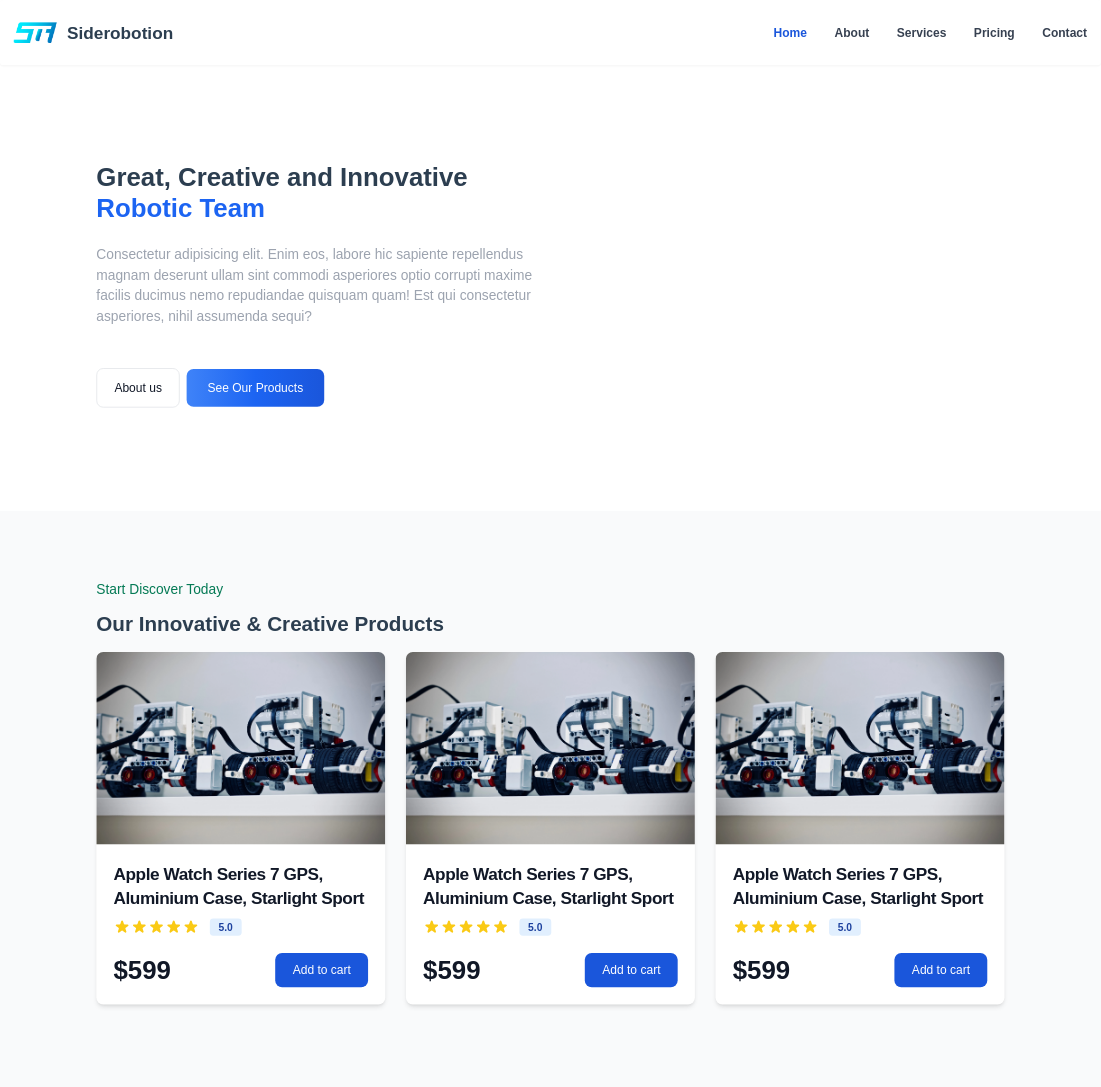
Repository: khulqu15/siderobotion
Page: /
The author's editor kept a copy of each file at every save. The page is drawn from the files as they stood at one save, then again after the next save.
The browser window is 1280 px wide. The pictures show the whole page, at 86% of full size.
The project was rebuilt for these pictures with package versions that can differ from the ones it lists, and the page was loaded fresh each time. Also part of the build but not shown: vue.config.js.

Above is the page before, as saved 2022-06-12 02:33:43.

### src/main.js
import { createApp } from 'vue'
import App from './App.vue'
import './registerServiceWorker'
import router from './router'
import store from './store'
import 'flowbite'
import './index.css'

createApp(App)
  .use(store)
  .use(router)
  .mount('#app')

### src/index.css
@tailwind base;
@tailwind components;
@tailwind utilities;
@import url('https://fonts.googleapis.com/css2?family=Poppins:ital,wght@0,100;0,200;0,300;0,400;0,500;0,600;0,700;0,800;0,900;1,100;1,200;1,300;1,400;1,500;1,600;1,700;1,800;1,900&display=swap');

* {
  font-family: 'Poppins', sans-serif !important;
}

### src/views/HomeView.vue
<template>

  <web-layout>
    <div class="p-28 grid grid-cols-2 gap-4">
      <div class="text-start">
        <h1 class="text-3xl font-semibold">Great, Creative and Innovative <span class="text-blue-600">Robotic Team</span> </h1>
        <p class="text-gray-400 mt-6 mb-12">Consectetur adipisicing elit. Enim eos, labore hic sapiente repellendus magnam deserunt ullam sint commodi asperiores optio corrupti maxime facilis ducimus nemo repudiandae quisquam quam! Est qui consectetur asperiores, nihil assumenda sequi?</p>
        <button type="button" class="py-3 px-5 mr-2 mb-2 text-sm font-medium text-gray-900 focus:outline-none bg-white rounded-lg border border-gray-200 hover:bg-gray-100 hover:text-blue-700 focus:z-10 focus:ring-4 focus:ring-gray-200">About us</button>
        <button type="button" class="text-white bg-gradient-to-r from-blue-500 via-blue-600 to-blue-700 hover:bg-gradient-to-br focus:ring-4 focus:outline-none focus:ring-blue-300 dark:focus:ring-blue-800 font-medium rounded-lg text-sm px-6 py-3 text-center mr-2 mb-2">See Our Products</button>
      </div>
    </div>

    <div class="px-28 py-20 bg-gray-50">
      <div class="text-start">
        <p class="mb-3 text-green-600">Start Discover Today</p>
        <h1 class="text-2xl font-semibold">Our Innovative & Creative Products</h1>
      </div>
      <div class="py-4 text-start grid grid-cols-3 gap-6">
        <div v-for="(item, index) in 3" :key="index">
          <div class="max-w-sm bg-white rounded-lg shadow-md dark:bg-gray-800 dark:border-gray-700">
            <a href="#">
              <img class="rounded-t-lg" :src="require('@/assets/images/product.webp')" alt="product image" />
            </a>
            <div class="p-5">
              <a href="#">
                <h5 class="text-xl font-semibold tracking-tight text-gray-900 dark:text-white">Apple Watch Series 7 GPS, Aluminium Case, Starlight Sport</h5>
              </a>
              <div class="flex items-center mt-2.5 mb-5">
                <svg class="w-5 h-5 text-yellow-300" fill="currentColor" viewBox="0 0 20 20" xmlns="http://www.w3.org/2000/svg"><path d="M9.049 2.927c.3-.921 1.603-.921 1.902 0l1.07 3.292a1 1 0 00.95.69h3.462c.969 0 1.371 1.24.588 1.81l-2.8 2.034a1 1 0 00-.364 1.118l1.07 3.292c.3.921-.755 1.688-1.54 1.118l-2.8-2.034a1 1 0 00-1.175 0l-2.8 2.034c-.784.57-1.838-.197-1.539-1.118l1.07-3.292a1 1 0 00-.364-1.118L2.98 8.72c-.783-.57-.38-1.81.588-1.81h3.461a1 1 0 00.951-.69l1.07-3.292z"></path></svg>
                <svg class="w-5 h-5 text-yellow-300" fill="currentColor" viewBox="0 0 20 20" xmlns="http://www.w3.org/2000/svg"><path d="M9.049 2.927c.3-.921 1.603-.921 1.902 0l1.07 3.292a1 1 0 00.95.69h3.462c.969 0 1.371 1.24.588 1.81l-2.8 2.034a1 1 0 00-.364 1.118l1.07 3.292c.3.921-.755 1.688-1.54 1.118l-2.8-2.034a1 1 0 00-1.175 0l-2.8 2.034c-.784.57-1.838-.197-1.539-1.118l1.07-3.292a1 1 0 00-.364-1.118L2.98 8.72c-.783-.57-.38-1.81.588-1.81h3.461a1 1 0 00.951-.69l1.07-3.292z"></path></svg>
                <svg class="w-5 h-5 text-yellow-300" fill="currentColor" viewBox="0 0 20 20" xmlns="http://www.w3.org/2000/svg"><path d="M9.049 2.927c.3-.921 1.603-.921 1.902 0l1.07 3.292a1 1 0 00.95.69h3.462c.969 0 1.371 1.24.588 1.81l-2.8 2.034a1 1 0 00-.364 1.118l1.07 3.292c.3.921-.755 1.688-1.54 1.118l-2.8-2.034a1 1 0 00-1.175 0l-2.8 2.034c-.784.57-1.838-.197-1.539-1.118l1.07-3.292a1 1 0 00-.364-1.118L2.98 8.72c-.783-.57-.38-1.81.588-1.81h3.461a1 1 0 00.951-.69l1.07-3.292z"></path></svg>
                <svg class="w-5 h-5 text-yellow-300" fill="currentColor" viewBox="0 0 20 20" xmlns="http://www.w3.org/2000/svg"><path d="M9.049 2.927c.3-.921 1.603-.921 1.902 0l1.07 3.292a1 1 0 00.95.69h3.462c.969 0 1.371 1.24.588 1.81l-2.8 2.034a1 1 0 00-.364 1.118l1.07 3.292c.3.921-.755 1.688-1.54 1.118l-2.8-2.034a1 1 0 00-1.175 0l-2.8 2.034c-.784.57-1.838-.197-1.539-1.118l1.07-3.292a1 1 0 00-.364-1.118L2.98 8.72c-.783-.57-.38-1.81.588-1.81h3.461a1 1 0 00.951-.69l1.07-3.292z"></path></svg>
                <svg class="w-5 h-5 text-yellow-300" fill="currentColor" viewBox="0 0 20 20" xmlns="http://www.w3.org/2000/svg"><path d="M9.049 2.927c.3-.921 1.603-.921 1.902 0l1.07 3.292a1 1 0 00.95.69h3.462c.969 0 1.371 1.24.588 1.81l-2.8 2.034a1 1 0 00-.364 1.118l1.07 3.292c.3.921-.755 1.688-1.54 1.118l-2.8-2.034a1 1 0 00-1.175 0l-2.8 2.034c-.784.57-1.838-.197-1.539-1.118l1.07-3.292a1 1 0 00-.364-1.118L2.98 8.72c-.783-.57-.38-1.81.588-1.81h3.461a1 1 0 00.951-.69l1.07-3.292z"></path></svg>
                <span class="bg-blue-100 text-blue-800 text-xs font-semibold mr-2 px-2.5 py-0.5 rounded dark:bg-blue-200 dark:text-blue-800 ml-3">5.0</span>
              </div>
              <div class="flex justify-between items-center">
                <span class="text-3xl font-bold text-gray-900 dark:text-white">$599</span>
                <a href="#" class="text-white bg-blue-700 hover:bg-blue-800 focus:ring-4 focus:outline-none focus:ring-blue-300 font-medium rounded-lg text-sm px-5 py-2.5 text-center dark:bg-blue-600 dark:hover:bg-blue-700 dark:focus:ring-blue-800">Add to cart</a>
              </div>
            </div>
          </div>
        </div>
      </div>
    </div>
  </web-layout>

</template>

<script>
import WebLayout from '@/layouts/WebLayout.vue'
export default {
  name: 'HomeView',
  components: {
    WebLayout
  }
}
</script>

### src/layouts/WebLayout.vue
<template>
  <div id="app-web">
    <div id="nav">
      <navigation-header/>
    </div>
    <div id="body-content">
      <slot id="content"></slot>
    </div>
  </div>
</template>

<script>
import NavigationHeader from '@/components/NavigationHeader.vue'
export default {
  components: {
    NavigationHeader
  }
}
</script>

### src/components/NavigationHeader.vue
<template>
  <div>
    <nav class="bg-white border-gray-200 px-2 sm:px-4 py-6 shadow-sm rounded dark:bg-gray-800">
      <div class="container flex flex-wrap justify-between items-center mx-auto">
        <a href="/" class="flex items-center">
          <img :src="require('@/assets/logo.webp')" class="mr-3 h-4 sm:h-6" alt="Siderobotion Logo">
          <span class="self-center text-xl font-semibold whitespace-nowrap dark:text-white">Siderobotion</span>
        </a>
        <button data-collapse-toggle="mobile-menu" type="button" class="inline-flex items-center p-2 ml-3 text-sm text-gray-500 rounded-lg md:hidden hover:bg-gray-100 focus:outline-none focus:ring-2 focus:ring-gray-200 dark:text-gray-400 dark:hover:bg-gray-700 dark:focus:ring-gray-600" aria-controls="mobile-menu" aria-expanded="false">
          <span class="sr-only">Open main menu</span>
          <svg class="w-6 h-6" fill="currentColor" viewBox="0 0 20 20" xmlns="http://www.w3.org/2000/svg"><path fill-rule="evenodd" d="M3 5a1 1 0 011-1h12a1 1 0 110 2H4a1 1 0 01-1-1zM3 10a1 1 0 011-1h12a1 1 0 110 2H4a1 1 0 01-1-1zM3 15a1 1 0 011-1h12a1 1 0 110 2H4a1 1 0 01-1-1z" clip-rule="evenodd"></path></svg>
          <svg class="hidden w-6 h-6" fill="currentColor" viewBox="0 0 20 20" xmlns="http://www.w3.org/2000/svg"><path fill-rule="evenodd" d="M4.293 4.293a1 1 0 011.414 0L10 8.586l4.293-4.293a1 1 0 111.414 1.414L11.414 10l4.293 4.293a1 1 0 01-1.414 1.414L10 11.414l-4.293 4.293a1 1 0 01-1.414-1.414L8.586 10 4.293 5.707a1 1 0 010-1.414z" clip-rule="evenodd"></path></svg>
        </button>
        <div class="hidden w-full md:block md:w-auto" id="mobile-menu">
          <ul class="flex flex-col mt-4 md:flex-row md:space-x-8 md:mt-0 md:text-sm md:font-medium">
            <li>
              <a href="#" class="block py-2 pr-4 pl-3 text-white bg-blue-700 rounded md:bg-transparent md:text-blue-700 md:p-0 dark:text-white" aria-current="page">Home</a>
            </li>
            <li>
              <a href="#" class="block py-2 pr-4 pl-3 text-gray-700 border-b border-gray-100 hover:bg-gray-50 md:hover:bg-transparent md:border-0 md:hover:text-blue-700 md:p-0 dark:text-gray-400 md:dark:hover:text-white dark:hover:bg-gray-700 dark:hover:text-white md:dark:hover:bg-transparent dark:border-gray-700">About</a>
            </li>
            <li>
              <a href="#" class="block py-2 pr-4 pl-3 text-gray-700 border-b border-gray-100 hover:bg-gray-50 md:hover:bg-transparent md:border-0 md:hover:text-blue-700 md:p-0 dark:text-gray-400 md:dark:hover:text-white dark:hover:bg-gray-700 dark:hover:text-white md:dark:hover:bg-transparent dark:border-gray-700">Services</a>
            </li>
            <li>
              <a href="#" class="block py-2 pr-4 pl-3 text-gray-700 border-b border-gray-100 hover:bg-gray-50 md:hover:bg-transparent md:border-0 md:hover:text-blue-700 md:p-0 dark:text-gray-400 md:dark:hover:text-white dark:hover:bg-gray-700 dark:hover:text-white md:dark:hover:bg-transparent dark:border-gray-700">Pricing</a>
            </li>
            <li>
              <a href="#" class="block py-2 pr-4 pl-3 text-gray-700 hover:bg-gray-50 md:hover:bg-transparent md:border-0 md:hover:text-blue-700 md:p-0 dark:text-gray-400 md:dark:hover:text-white dark:hover:bg-gray-700 dark:hover:text-white md:dark:hover:bg-transparent">Contact</a>
            </li>
          </ul>
        </div>
      </div>
    </nav>

  </div>
</template>

### tailwind.config.js
module.exports = {

  content: [
    "./index.html",
    "./src/**/*.{vue,js,ts,jsx,tsx}",
    "./node_modules/flowbite/**/*.js",
  ],
  theme: {
    extend: {},
  },
  plugins: [
    require('flowbite/plugin')
  ]

}

Loaded but not shown: public/index.html (common file); src/App.vue (common file); src/registerServiceWorker.js (common file); src/router/index.js (common file); src/store/index.js (common file)

After the next save:
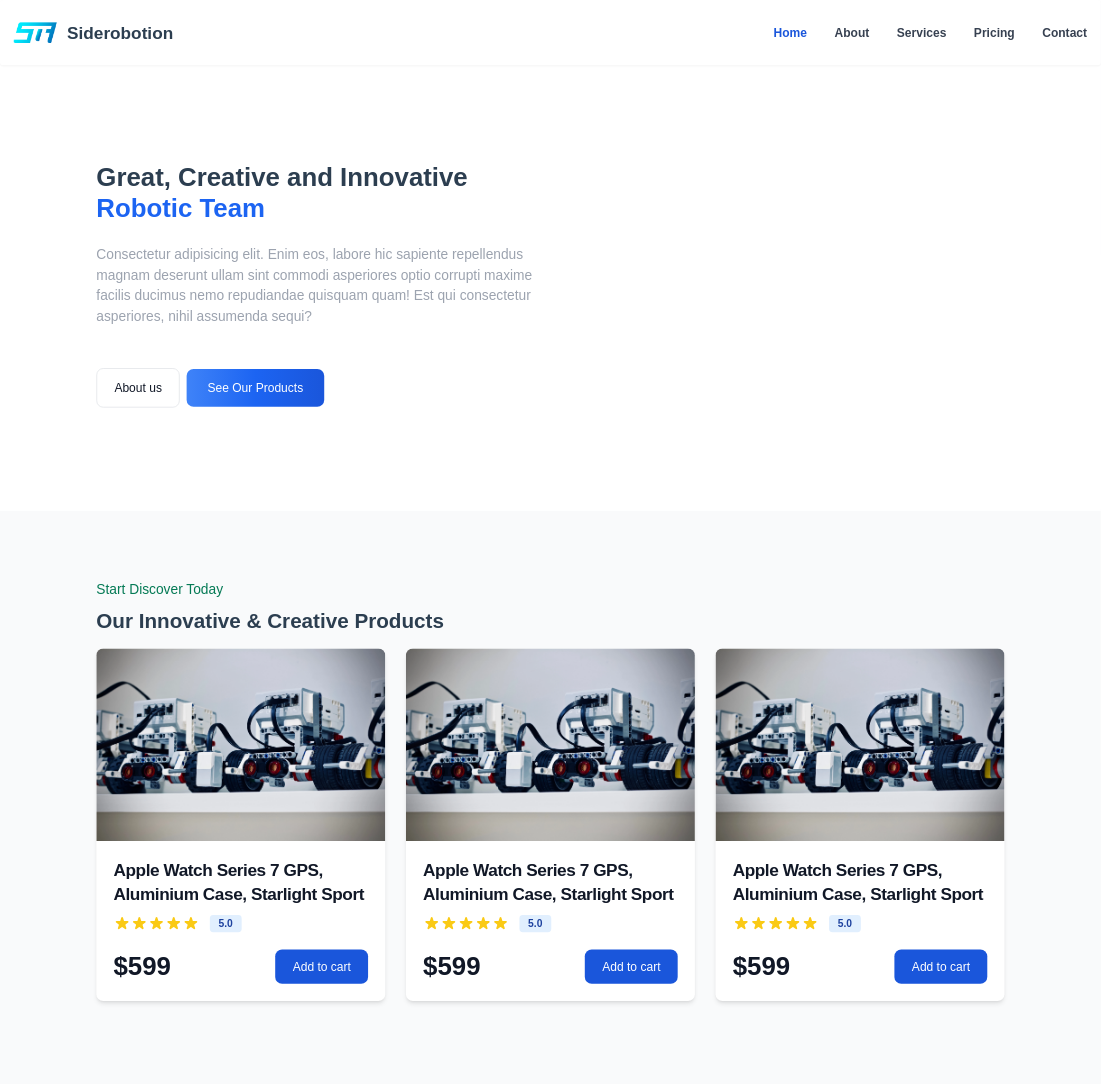
Saved 9 s later.
--- a/src/views/HomeView.vue
+++ b/src/views/HomeView.vue
@@ -12,7 +12,7 @@
 
     <div class="px-28 py-20 bg-gray-50">
       <div class="text-start">
-        <p class="mb-3 text-green-600">Start Discover Today</p>
+        <p class="mb-2 text-green-600">Start Discover Today</p>
         <h1 class="text-2xl font-semibold">Our Innovative & Creative Products</h1>
       </div>
       <div class="py-4 text-start grid grid-cols-3 gap-6">
